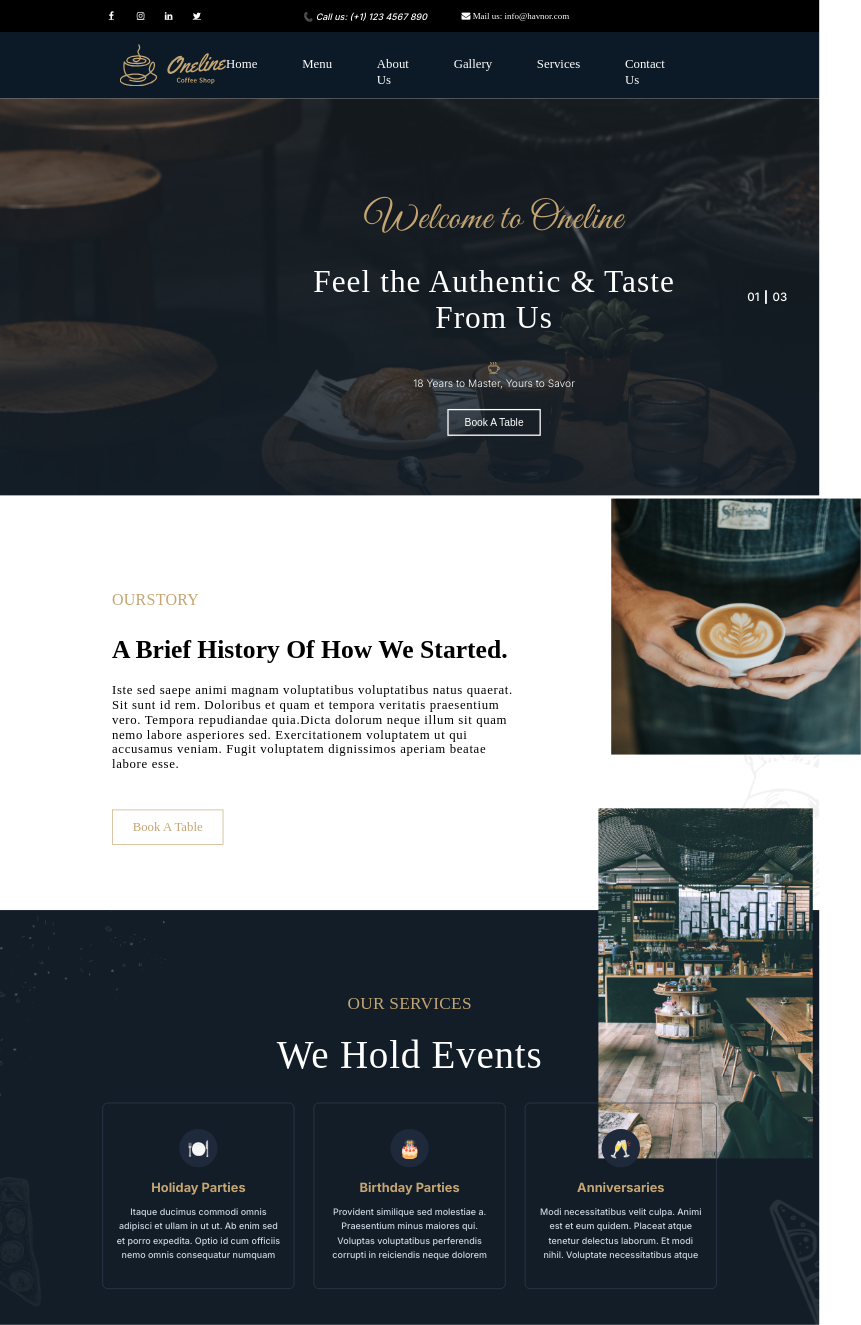
Repository: abhayzulasana/Online-Coffee-Shop
Page: index.html
The author's editor kept a copy of each file at every save. The page is drawn from the files as they stood at one save, then again after the next save.
The browser window is 1280 px wide. The page is 1345 px wide, so the pictures cover 1345 px, including what lies to the right of the window. The pictures show the whole page, at 64% of full size.

Above is the page before, as saved 2025-05-21 17:26:32.

After the next save:
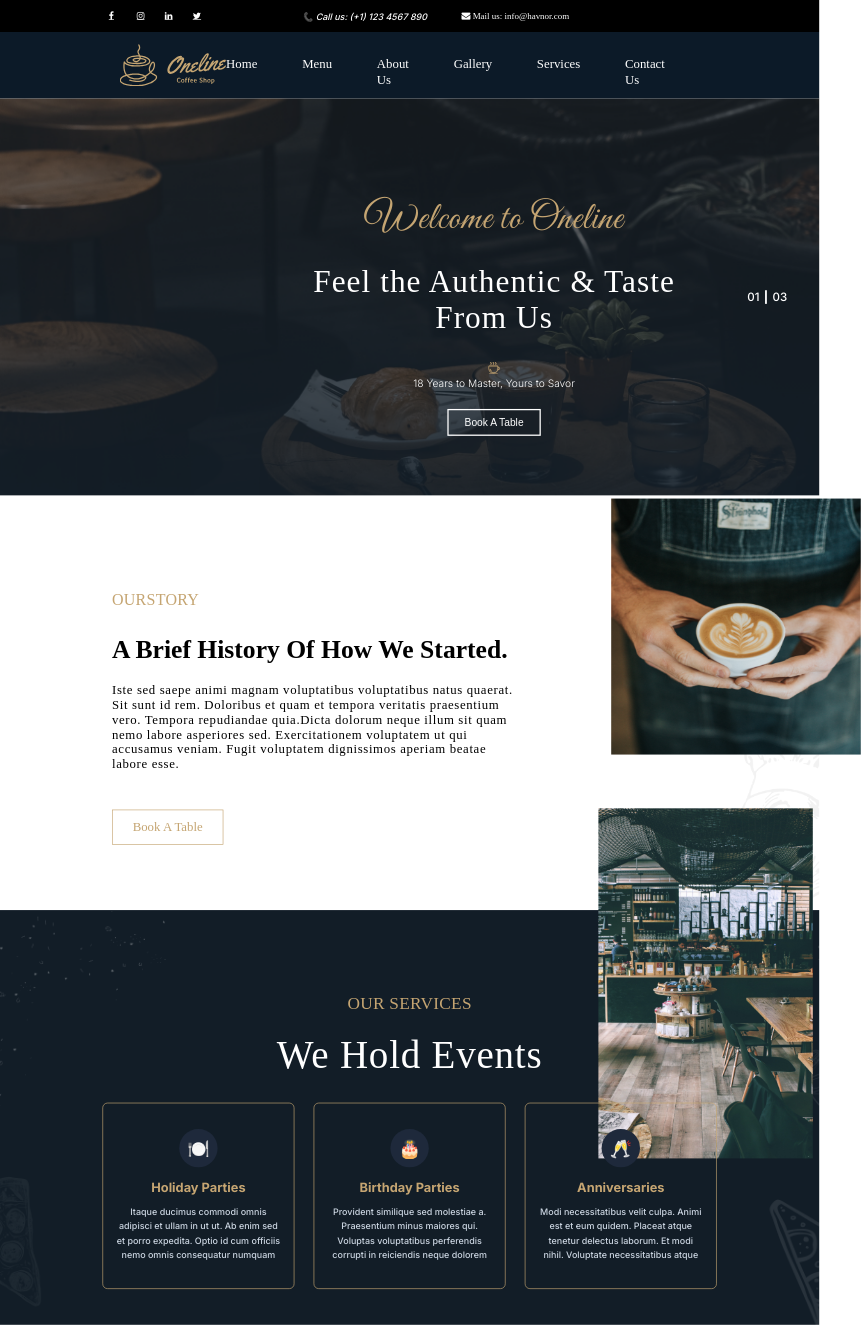
Saved 105 s later.
--- a/style.css
+++ b/style.css
@@ -316,6 +316,7 @@ h1{
   padding: 40px 20px;
   width: 300px;
   color: #cbd5e1;
+  border: 0.20000000298023224px solid #C5A572;
 }
 
 .card h3 {
